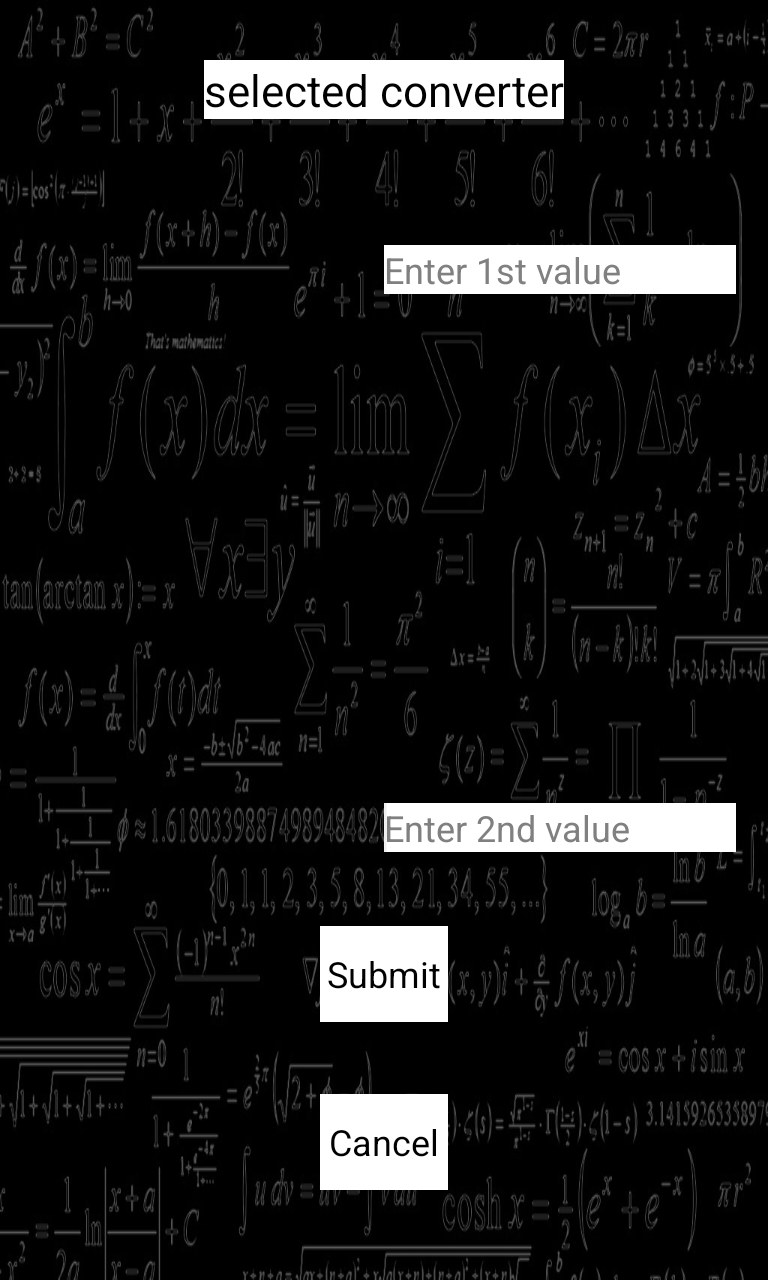
Repository: priyankaaj/practiced-apps
Layout: newProject/res/layout/activity_main.xml
An editor plug-in stored every save of this project. The layout is shown before and after the next save, followed by the edit.
It is drawn on a 768 x 1280 px phone screen (xhdpi) without system bars, with theme AppTheme; the app's code is not run.

Above is the layout before, as saved 2015-09-30 04:19:02.

### newProject/res/layout/activity_main.xml
<RelativeLayout xmlns:android="http://schemas.android.com/apk/res/android"
    xmlns:tools="http://schemas.android.com/tools"
    android:layout_width="match_parent"
    android:layout_height="match_parent"
    android:background="@drawable/maths_wallpaper"
    android:paddingBottom="@dimen/activity_vertical_margin"
    android:paddingLeft="@dimen/activity_horizontal_margin"
    android:paddingRight="@dimen/activity_horizontal_margin"
    android:paddingTop="@dimen/activity_vertical_margin"
    tools:context=".MainActivity" >

    <TextView
        android:id="@+id/selectedconverter"
        android:layout_width="wrap_content"
        android:layout_height="wrap_content"
        android:layout_alignParentTop="true"
        android:layout_centerHorizontal="true"
        android:layout_marginTop="14dp"
        android:text="selected converter"
        android:background="#ffffff"
        android:textColor="#000000"
        android:textAppearance="?android:attr/textAppearanceLarge" />

    <Spinner
        android:id="@+id/spinnerconvertoptions"
        android:layout_width="wrap_content"
        android:layout_height="wrap_content"
        android:layout_below="@+id/selectedconverter"
        android:layout_centerHorizontal="true"
        android:background="#ffffff"
        android:textColor="#000000"
        android:layout_marginTop="19dp" />

    <EditText
        android:id="@+id/entvalue1"
        android:layout_width="wrap_content"
        android:layout_height="wrap_content"
        android:layout_alignLeft="@+id/spinnerconvertoptions"
        android:layout_below="@+id/spinnerconvertoptions"
        android:layout_marginTop="44dp"
        android:background="#ffffff"
        android:textColor="#000000"
        android:ems="10"
        android:hint="Enter 1st value"/>

    <Button
        android:id="@+id/buttonsubmit"
        android:layout_width="wrap_content"
        android:layout_height="wrap_content"
        android:layout_above="@+id/buttoncancel"
        android:layout_centerHorizontal="true"
        android:layout_marginBottom="36dp"
        android:background="#ffffff"
        android:text="Submit"
        android:textColor="#000000" />

    <Button
        android:id="@+id/buttoncancel"
        android:layout_width="wrap_content"
        android:layout_height="wrap_content"
        android:layout_alignLeft="@+id/buttonsubmit"
        android:layout_alignParentBottom="true"
        android:layout_marginBottom="29dp"
        android:background="#ffffff"
        android:text="Cancel"
        android:textColor="#000000" />

    <EditText
        android:id="@+id/entvalue2"
        android:layout_width="wrap_content"
        android:layout_height="wrap_content"
        android:layout_above="@+id/buttonsubmit"
        android:layout_alignLeft="@+id/entvalue1"
        android:layout_marginBottom="37dp"
        android:background="#ffffff"
        android:ems="10"
        android:hint="Enter 2nd value"
        android:textColor="#000000" >

        <requestFocus />
    </EditText>

</RelativeLayout>

Loaded but not shown: newProject/res/values/styles.xml (common file); newProject/res/values-v11/styles.xml (common file); newProject/res/values-v14/styles.xml (common file); newProject/res/values/dimens.xml (common file)

After the next save:
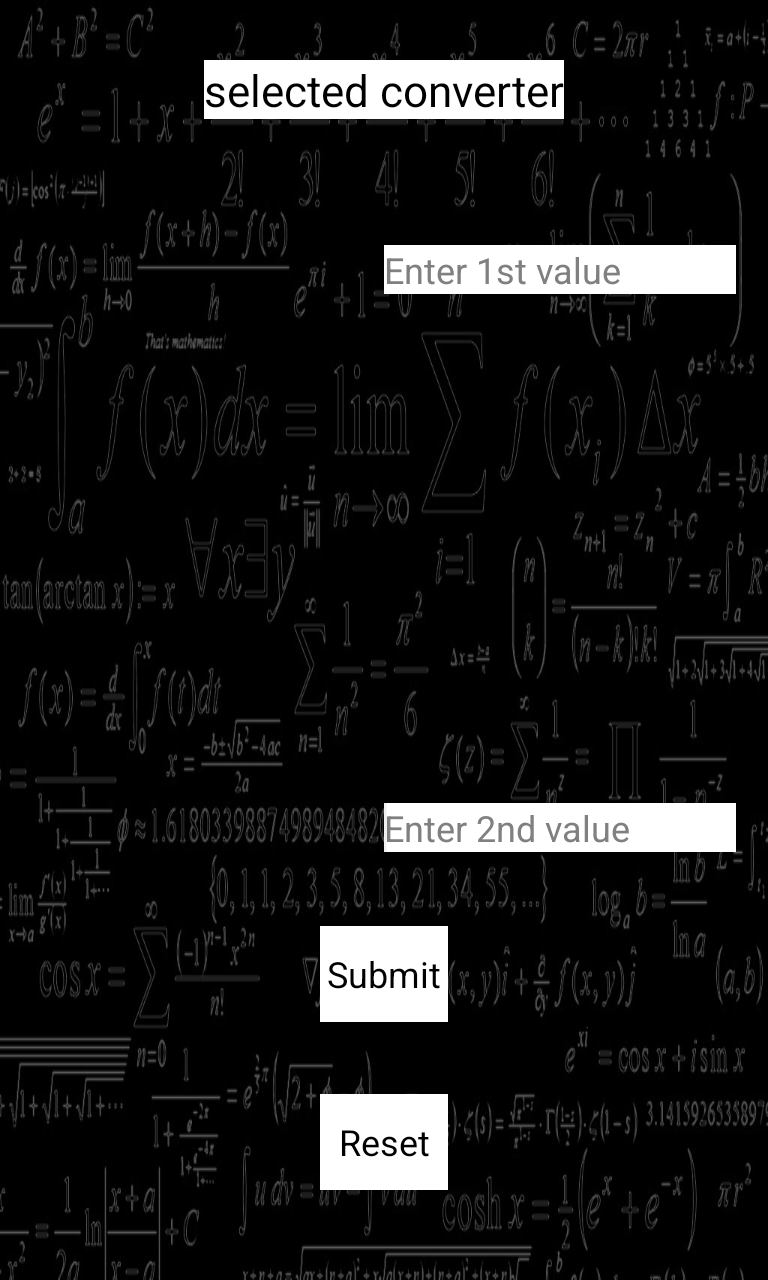
Saved 2 min 28 s later.
--- a/newProject/res/layout/activity_main.xml
+++ b/newProject/res/layout/activity_main.xml
@@ -62,7 +62,7 @@
         android:layout_alignParentBottom="true"
         android:layout_marginBottom="29dp"
         android:background="#ffffff"
-        android:text="Cancel"
+        android:text="Reset"
         android:textColor="#000000" />
 
     <EditText
